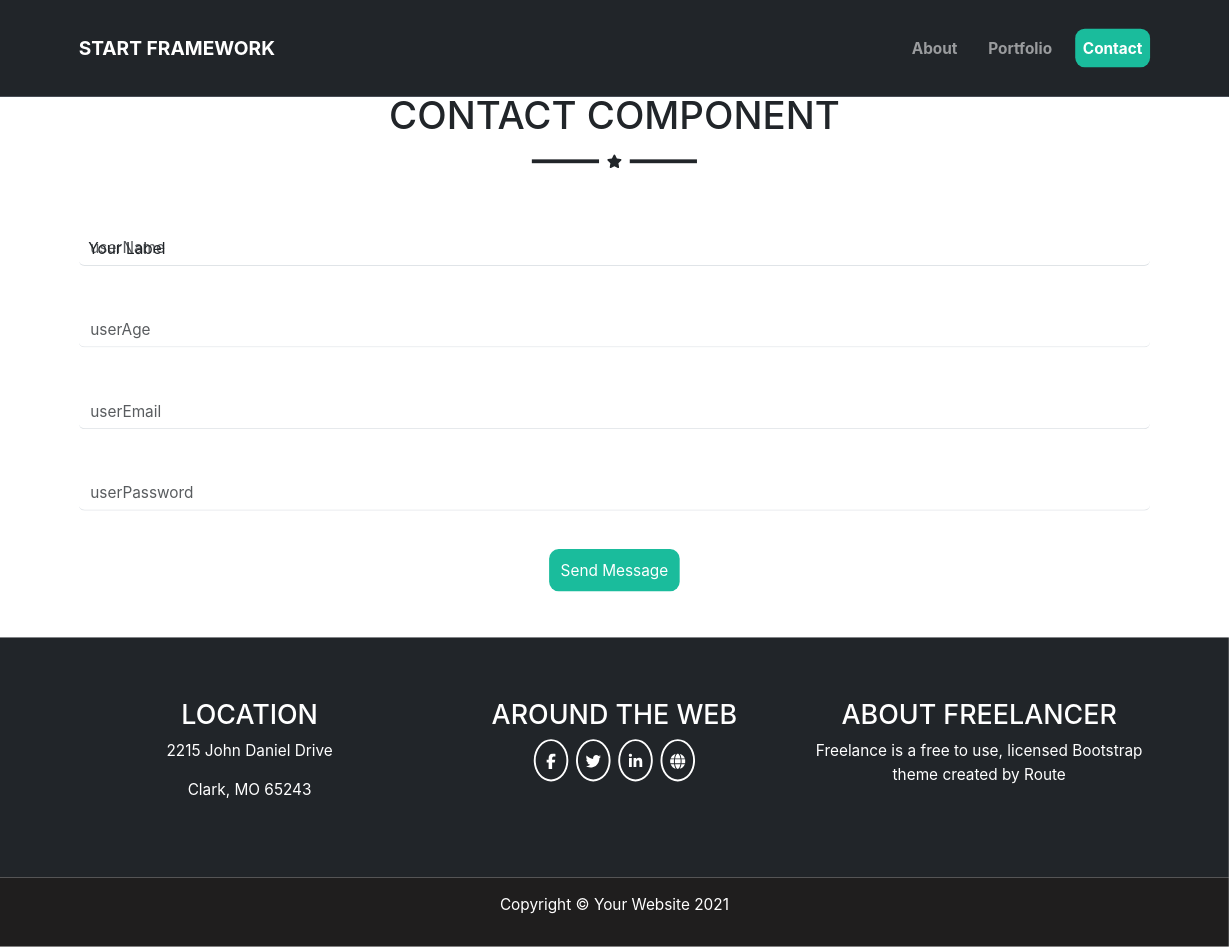
Repository: YomnaWegdan/startFramework
Page: /contact
An editor plug-in stored every save of this project. The page is shown before and after a run of saves, followed by the edit.
The browser window is 1280 px wide. The pictures show the whole page, at 96% of full size.
The project was rebuilt for these pictures with package versions that can differ from the ones it lists, and the page was loaded fresh each time. Also part of the build but not shown: src/Components/Home.jsx, src/Components/About.jsx, src/Components/Error.jsx, src/Components/Portfolio.jsx.

Above is the page before, as saved 2024-02-06 00:41:13.

### src/index.js
import React from 'react';
import ReactDOM from 'react-dom/client';
import 'bootstrap/dist/css/bootstrap.min.css'
import 'bootstrap/dist/js/bootstrap.bundle.min.js'

import './index.css';
import App from './App';
import reportWebVitals from './reportWebVitals';

const root = ReactDOM.createRoot(document.getElementById('root'));
root.render(
  <React.StrictMode>
    <App />
  </React.StrictMode>
);

// If you want to start measuring performance in your app, pass a function
// to log results (for example: reportWebVitals(console.log))
// or send to an analytics endpoint. Learn more: https://bit.ly/CRA-vitals
reportWebVitals();

### src/index.css
body {
  margin: 0;
  font-family: -apple-system, BlinkMacSystemFont, 'Segoe UI', 'Roboto', 'Oxygen',
    'Ubuntu', 'Cantarell', 'Fira Sans', 'Droid Sans', 'Helvetica Neue',
    sans-serif;
  -webkit-font-smoothing: antialiased;
  -moz-osx-font-smoothing: grayscale;
}

code {
  font-family: source-code-pro, Menlo, Monaco, Consolas, 'Courier New',
    monospace;
}
.w-20{
  width: 20%;
}
.navbar{
  transition: 0.5s all;
}
.home , .about{
  background-color: #1ABC9C;
}
.line{
  background-color: white;
  width: 70px;
  height: 4px;
}
h2{
  font-size: 40px;
}
h3{
  font-weight: 500;
  font-size: 28px;
}
.footer-header {
  background-color: #212529;
}
div.footer{
  background-color: #1f1e1e;
}
.active{
  background-color: #1ABC9C;
  border-radius: 10px;
  color: white;
}

div.inner .img-overlay{
  transition: 0.8s all;
}

div.inner:hover .img-overlay{
  background-color: #1abc9ce6 !important;
  position: absolute;
  top: 0;
  left: 0;
  width: 100%;
  height: 100%;
}

div.inner:hover .plus{
  display: block;
  font-size: 100px;
  color: white;

}
.model{
  background-color: rgba(0, 0, 0, 0.6) !important;
}
.form-control:focus {
  border-color: #eee;
  box-shadow: none;
}
  button{
    background-color: #1ABC9C;
    border: none;
    padding: 10px 12px;
    border-radius: 10px;
    color: white;
    margin-top: 40px ;
  }






  .input-container {
    position: relative;
    margin-bottom: 20px;
  }

  input {
    width: 100%;
    padding: 10px;
    border: 1px solid #ccc;
    border-radius: 5px;
    transition: border-color 0.3s;
  }

  label {
    position: absolute;
    top: 50%;
    left: 10px;
    transform: translateY(-50%);
    pointer-events: none;
    transition: transform 0.3s, font-size 0.3s;
  }

  .focused label {
    transform: translateY(-100%) scale(0.8);
  }

  /* Add any additional styling as needed */

### src/App.js
import { RouterProvider, createBrowserRouter } from 'react-router-dom';
import './App.css';
import Layout from './Components/Layout';
import Home from './Components/Home';
import About from './Components/About';
import Contact from './Components/Contact';
import Error from './Components/Error';
import Portfolio from './Components/Portfolio';

function App() {

  let routes = createBrowserRouter([{
    path:'', element:<Layout/> , children:[
      {index:true , element:<Home/>},
      {path:'/about' , element:<About/>},
      {path:'/portfolio' , element:<Portfolio/>},
      {path:'/contact' , element:<Contact/>},
      {path:'*' , element:<Error/>},




    ]
  }])
  return (
    <div className="App">
    <RouterProvider router={routes}></RouterProvider>
    </div>
  );
}

export default App;

### src/Components/Layout.jsx
import React from 'react'
import Navbar from './Navbar'
import { Outlet } from 'react-router-dom'
import Footer from './Footer'

export default function Layout() {
  return (
    <div>
      <Navbar/>
      <Outlet></Outlet>
      <Footer/>
    </div>
  )
}

### src/Components/Contact.jsx
import React, { Fragment, useState } from "react";
import { FaStar } from "react-icons/fa6";

export default function Contact() {
  const [isFocused, setIsFocused] = useState(false);

  const handleFocus=()=>{
    setIsFocused(true)
  }

  return (
    <Fragment>
      <section className="contact py-5  ">
        <div className="container h-100">
          <div className="row g-5 h-100 align-items-center justify-content-center align-content-center">
            <div className="col-md-12">
              <h2 className="pt-5">CONTACT COMPONENT</h2>
              <div className="d-flex justify-content-center align-items-center my-3">
                <div className="line text-bg-dark"></div>
                <FaStar className=" mx-2 " />
                <div className="line text-bg-dark"></div>
              </div>
            </div>

            <div className=" col-md-12">
              <form onClick={(e)=> e.preventDefault()}>
              <div className={`input-container ${isFocused ? 'focused' : ''}`}>
                <input
                  className=" form-control border-top-0 border-start-0 border-end-0  border-bottom-3 "
                  placeholder="userName"
                  name="name"
                  onFocus={handleFocus}
                />
                <label htmlFor="yourInput">Your Label</label>
                </div>


                <input
                  className=" form-control border-top-0 border-start-0 border-end-0  border-bottom-3 my-5"
                  placeholder="userAge"
                  name="age"
                  type="number"
                />
                <input
                  className=" form-control border-top-0 border-start-0 border-end-0  border-bottom-3 mb-5"
                  placeholder="userEmail"
                  name="email"
                  type="email"
                />
                <input
                  className=" form-control border-top-0 border-start-0 border-end-0  border-bottom-3"
                  placeholder="userPassword"
                  name="password"
                  type=" password"
                />
                <button className="">Send Message</button>
              </form>
            </div>
          </div>
        </div>
      </section>
    </Fragment>
  );
}

### src/Components/Navbar.jsx
import React, { useEffect, useState } from "react";
import { Link, NavLink } from "react-router-dom";

export default function Navbar() {
  const [scroll , setScroll] = useState(0)

  const handleScroll=()=>{
    setScroll(window.scrollY)
  }
  const navbarPadding = scroll > 100 ? '15px' : '30px';
  window.addEventListener('scroll', handleScroll);
  return (
    <>
      <nav style={{padding:navbarPadding}}
        className="navbar navbar-expand-lg bg-dark border-bottom border-body  fixed-top fw-bold  "
        data-bs-theme="dark"
      >
        <div className="container">
          <Link className="navbar-brand" to="/">
            START FRAMEWORK
          </Link>
          <button
            className="navbar-toggler"
            type="button"
            data-bs-toggle="collapse"
            data-bs-target="#navbarSupportedContent"
            aria-controls="navbarSupportedContent"
            aria-expanded="false"
            aria-label="Toggle navigation"
          >
            <span className="navbar-toggler-icon"></span>
          </button>
          <div className="collapse navbar-collapse" id="navbarSupportedContent">
            <ul className="navbar-nav ms-auto mb-2 mb-lg-0">
              <li className="nav-item">
                <NavLink className="nav-link" to="/about">
                  About
                </NavLink>
              </li>
              <li className="nav-item mx-3">
                <NavLink className="nav-link" to="/portfolio">
                  Portfolio
                </NavLink>
              </li>
              <li className="nav-item">
                <NavLink className="nav-link" to="/Contact">
                  Contact
                </NavLink>
              </li>
            </ul>
          </div>
        </div>
      </nav>
    </>
  );
}

### src/Components/Footer.jsx
import React from "react";
import { FaFacebookF, FaGlobe, FaLinkedinIn, FaTwitter } from "react-icons/fa6";

export default function Footer() {
  return (
    <>
      <footer className=" text-white">
      <div className="footer-header py-5">
        <div className="container py-3">
          <div className="row">
            <div className="col-lg-4 col-md-6">
              <h3>LOCATION</h3>
              <p>2215 John Daniel Drive</p>
              <p>Clark, MO 65243</p>
            </div>
            <div className="col-lg-4 col-md-6">
            <h3>AROUND THE WEB</h3>
            <ul className="d-flex justify-content-center align-items-center list-unstyled">
            <li className="p-2 rounded-circle border border-white border-2"> <FaFacebookF /> </li>
            <li className="p-2 rounded-circle border border-white border-2 mx-2"> <FaTwitter/> </li>
            <li className="p-2 rounded-circle border border-white border-2 me-2"> <FaLinkedinIn /> </li>
            <li className="p-2 rounded-circle border border-white border-2"> <FaGlobe /> </li>
            </ul>
            </div>
            <div className="col-lg-4 col-md-6">
              <h3>ABOUT FREELANCER</h3>
              <p>Freelance is a free to use, licensed Bootstrap theme created by Route</p>
            </div>
          </div>
        </div>
        </div>
        <div className="footer py-3">
        <p>Copyright © Your Website 2021</p>
        </div>
      </footer>

    </>
  );
}

Loaded but not shown: public/index.html (common file); src/reportWebVitals.js (common file); src/App.css (common file)

After the next 5 saves:
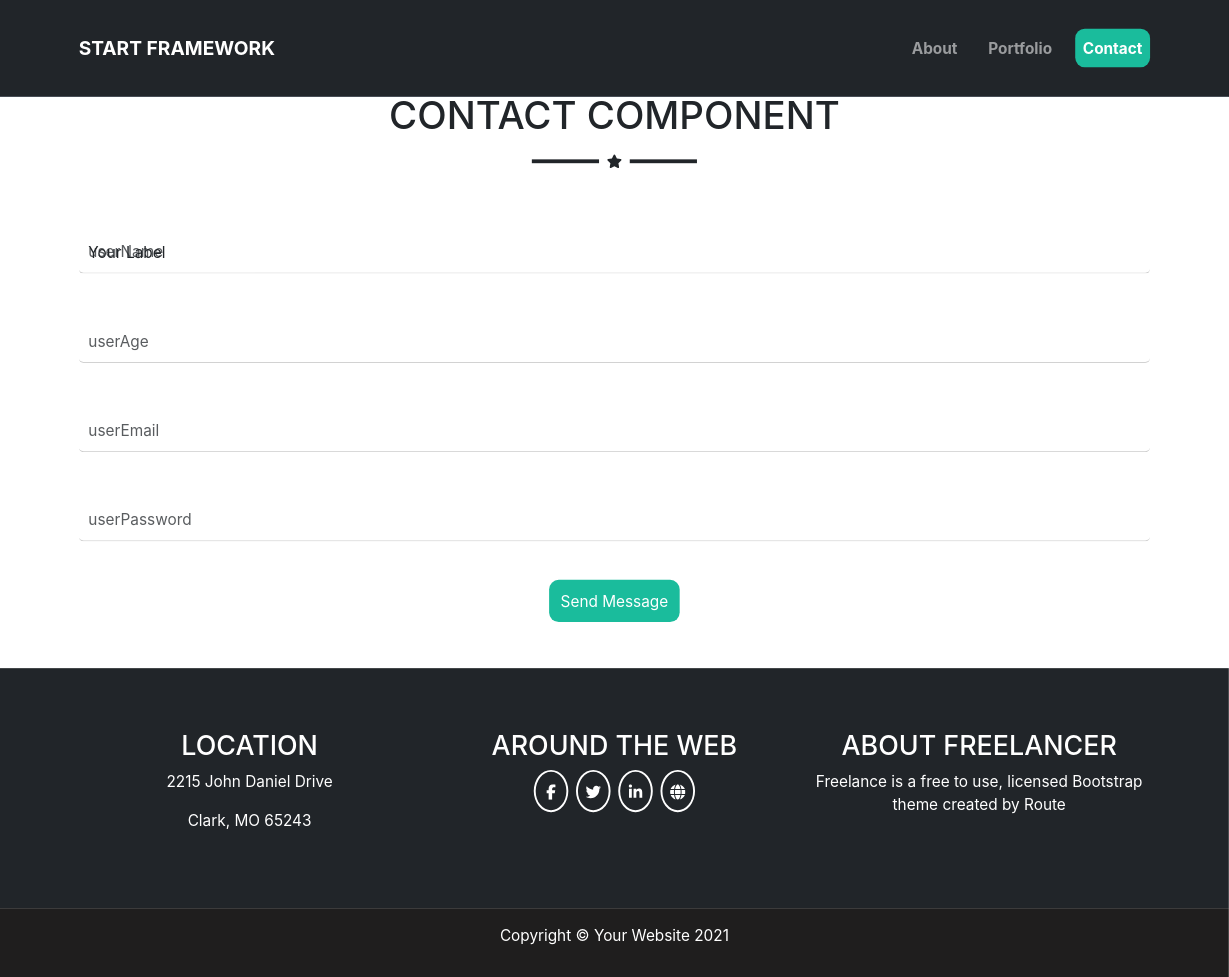
The 5 saves are shown as one change because they came seconds apart.
The last was saved 17 s later.
--- a/src/index.css
+++ b/src/index.css
@@ -89,7 +89,7 @@ div.inner:hover .plus{
     margin-bottom: 20px;
   }
 
-  input {
+  .contact input {
     width: 100%;
     padding: 10px;
     border: 1px solid #ccc;
@@ -97,7 +97,7 @@ div.inner:hover .plus{
     transition: border-color 0.3s;
   }
 
-  label {
+  .contact label {
     position: absolute;
     top: 50%;
     left: 10px;
@@ -106,7 +106,7 @@ div.inner:hover .plus{
     transition: transform 0.3s, font-size 0.3s;
   }
 
-  .focused label {
+  .contact .focused label {
     transform: translateY(-100%) scale(0.8);
   }
 
